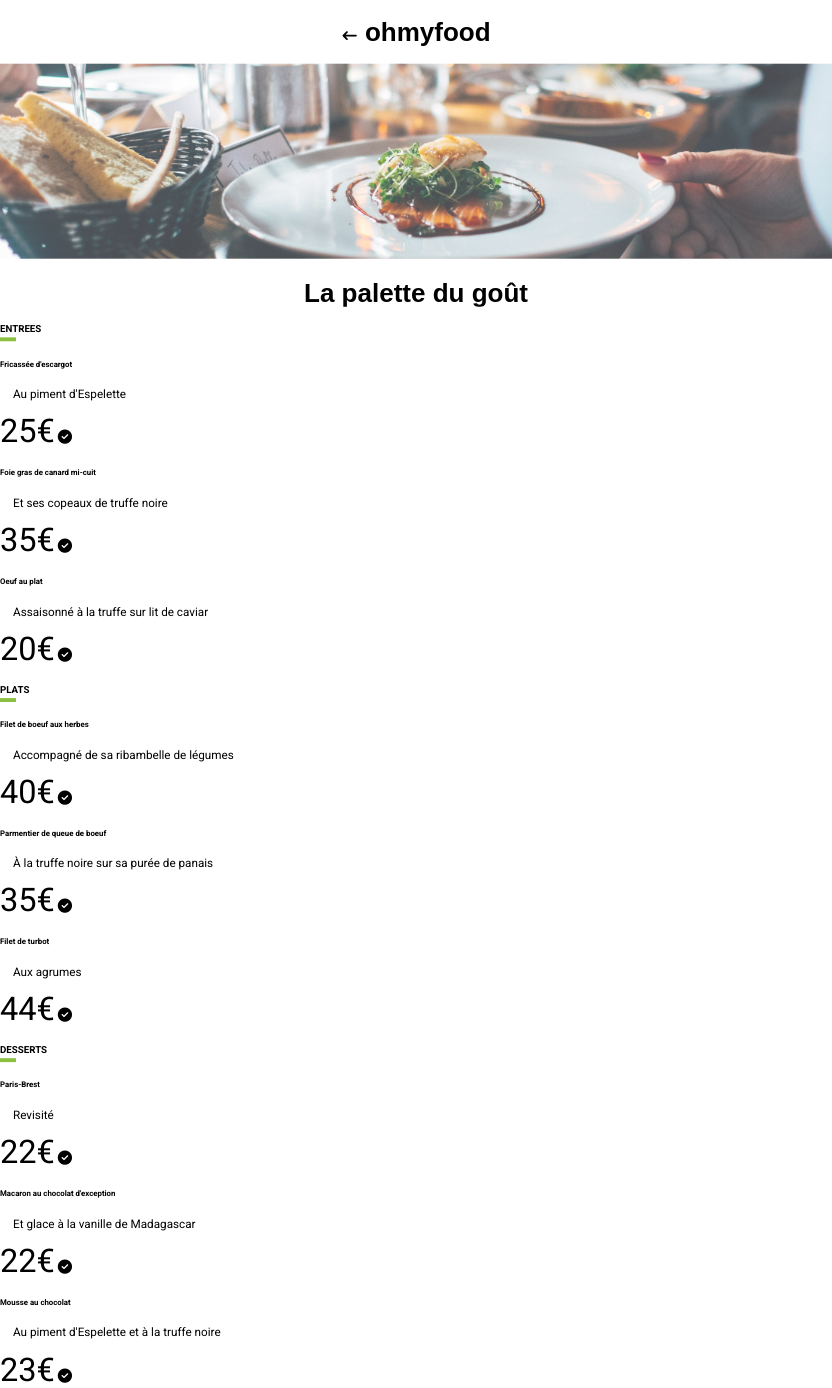
Repository: lysianebo/OHMYFOOD
Page: La_palette_du_gout.html
These files come from the project's save history. The page is drawn as it stood at one moment and after the next save; the edit follows.
The browser window is 1280 px wide. The pictures show the whole page, at 65% of full size.
Some web fonts or font styles are not loaded; a fallback is used. Some web libraries are served in a nearby version.

Above is the page before, as saved 2022-12-17 11:37:18.

After the next save:
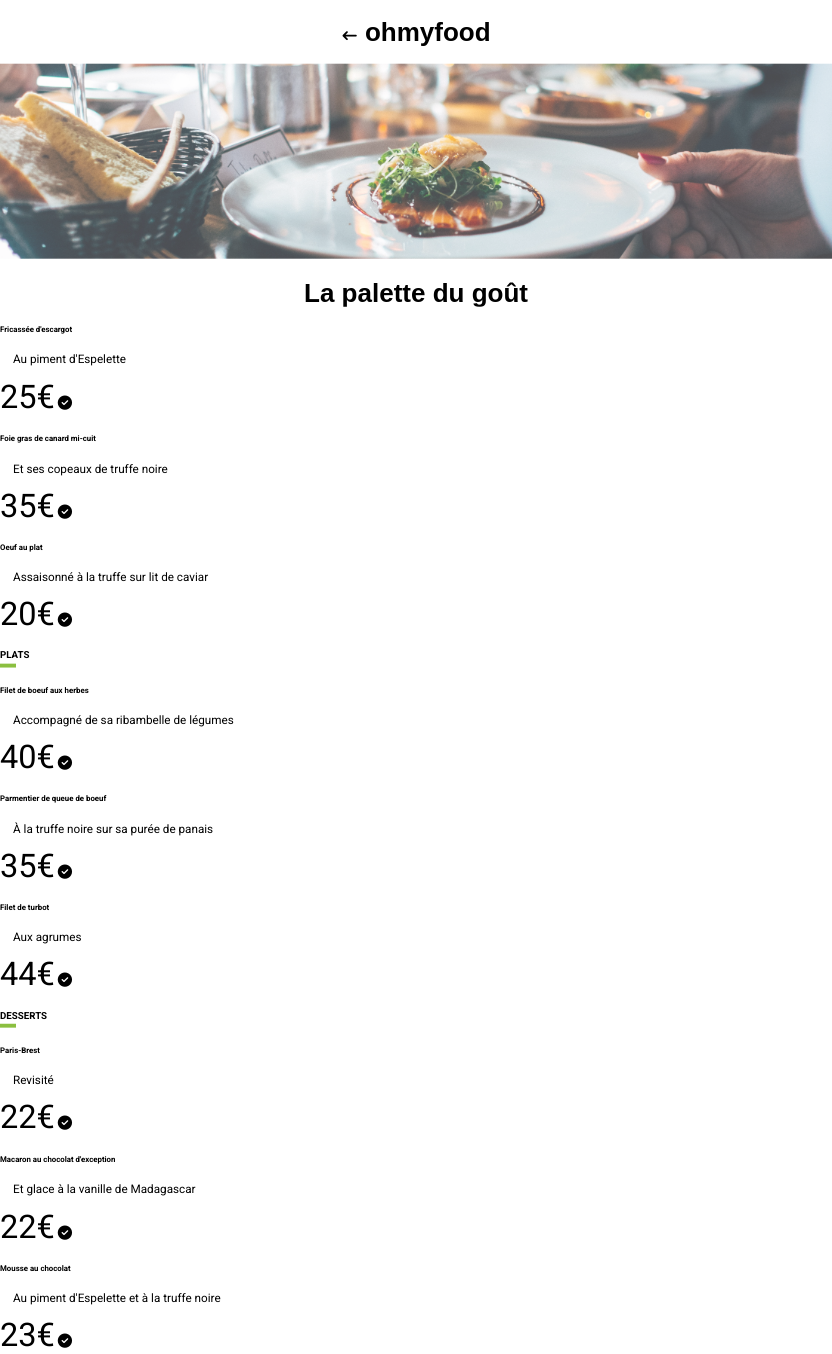
Saved 7 h 42 min later.
--- a/La_palette_du_gout.html
+++ b/La_palette_du_gout.html
@@ -26,7 +26,7 @@
             </div>
             <div class="menu">
                 <div class="entrees">
-                    <h5 class="bordered-bottom">entrees</h5>
+
                     <div class="course">
                         <div class="dish">
                             <h6>Fricassée d'escargot</h6>

After the 2 saves that followed:
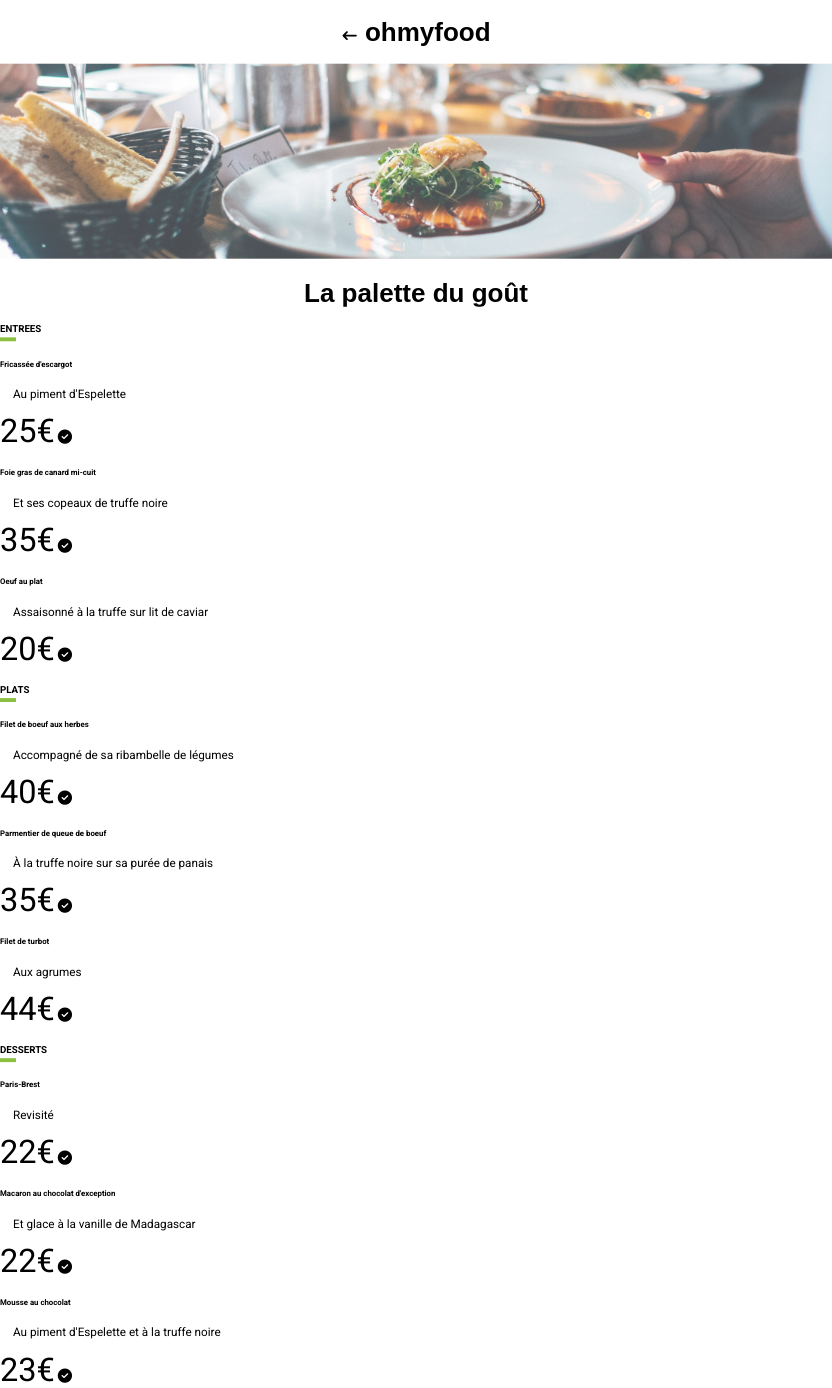
The 2 saves are shown as one change because 1 left the picture as it was.
The last was saved 7 min 3 s later.
--- a/La_palette_du_gout.html
+++ b/La_palette_du_gout.html
@@ -25,8 +25,9 @@
                 </div>
             </div>
             <div class="menu">
+
                 <div class="entrees">
-
+                    <h5 class="bordered-bottom">entrees</h5>
                     <div class="course">
                         <div class="dish">
                             <h6>Fricassée d'escargot</h6>
